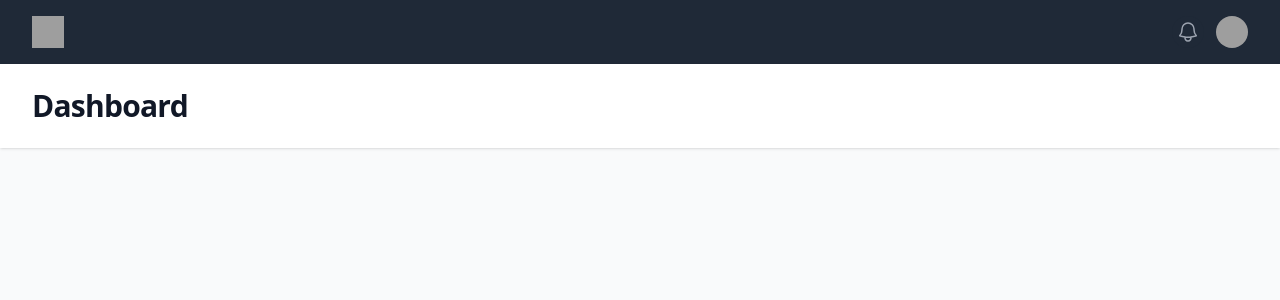
Repository: Dydja/dashAlladjai
Page: /about
The author's editor kept a copy of each file at every save. The page is drawn from the files as they stood at one save, then again after the next save.
The browser window is 1280 px wide. The pictures show the whole page.
Pictures or frames that could not be fetched are drawn as grey boxes. The project was rebuilt for these pictures with package versions that can differ from the ones it lists, and the page was loaded fresh each time. Also part of the build but not shown: vite.config.js, src/components/layouts/GuestLayout.vue, src/views/auth/LoginView.vue, src/views/HomeView.vue, src/components/users/UserComponent.vue, src/components/services/ServiceComponent.vue, src/components/reservations/ReservationComponent.vue.

Above is the page before, as saved 2024-01-29 00:01:53.

After the next save:
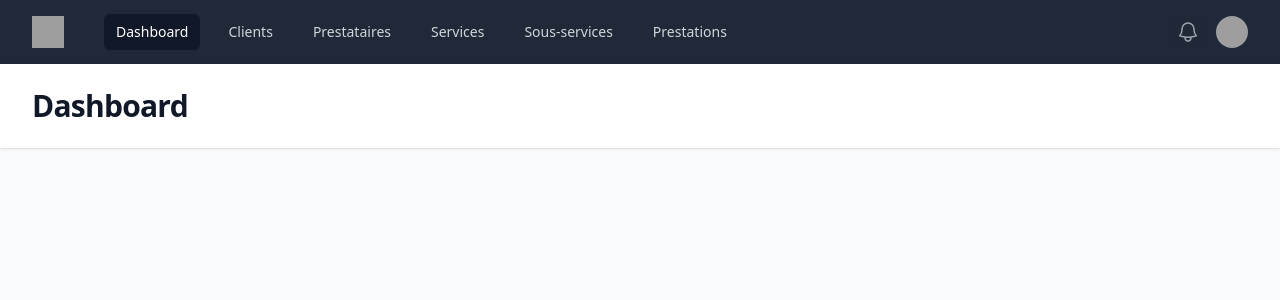
Saved 8 s later.
--- a/src/views/AboutView.vue
+++ b/src/views/AboutView.vue
@@ -125,19 +125,19 @@ const user = {
   imageUrl:
     'https://images.unsplash.com/photo-1472099645785-5658abf4ff4e?ixlib=rb-1.2.1&ixid=eyJhcHBfaWQiOjEyMDd9&auto=format&fit=facearea&facepad=2&w=256&h=256&q=80',
 }
-// const navigation = [
-//   { name: 'Dashboard', href: '#', current: true },
-//   { name: 'Clients', href: '/', current: false },
-//   { name: 'Prestataires', href: '#', current: false },
-//   { name: 'Services', href: '#', current: false },
-//   { name: 'Sous-services', href: '#', current: false },
-//   { name: 'Prestations', href: '#', current: false },
-// ]
-// const userNavigation = [
-//   { name: 'Your Profile', href: '#' },
-//   { name: 'Settings', href: '#' },
-//   { name: 'Sign out', href: '#' },
-// ]
+const navigation = [
+  { name: 'Dashboard', href: '#', current: true },
+  { name: 'Clients', href: '/', current: false },
+  { name: 'Prestataires', href: '#', current: false },
+  { name: 'Services', href: '#', current: false },
+  { name: 'Sous-services', href: '#', current: false },
+  { name: 'Prestations', href: '#', current: false },
+]
+const userNavigation = [
+  { name: 'Your Profile', href: '#' },
+  { name: 'Settings', href: '#' },
+  { name: 'Sign out', href: '#' },
+]
 
 
 </script>
